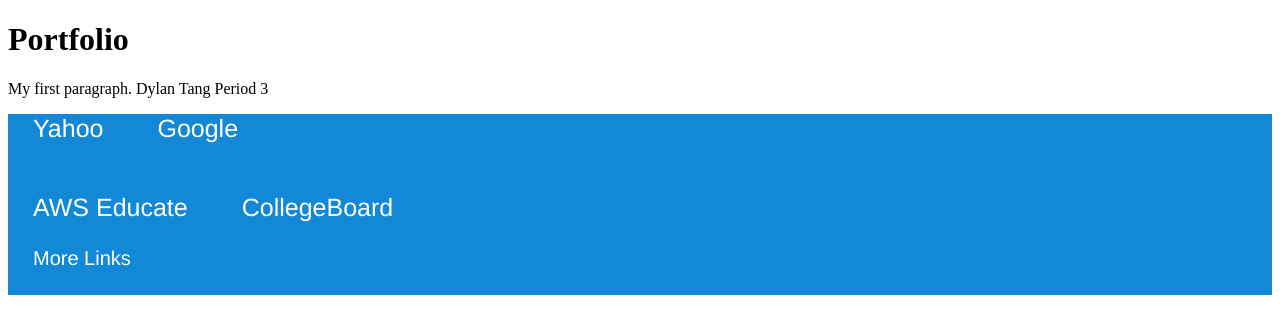
Repository: TangDylan/TangDylan.github.io
Page: index.html
The author's editor kept a record of every edit. The page is drawn from the files as they stood at one moment, then again after the next edit.
The browser window is 1280 px wide. The pictures show the whole page.

Above is the page before.

After the next edit:
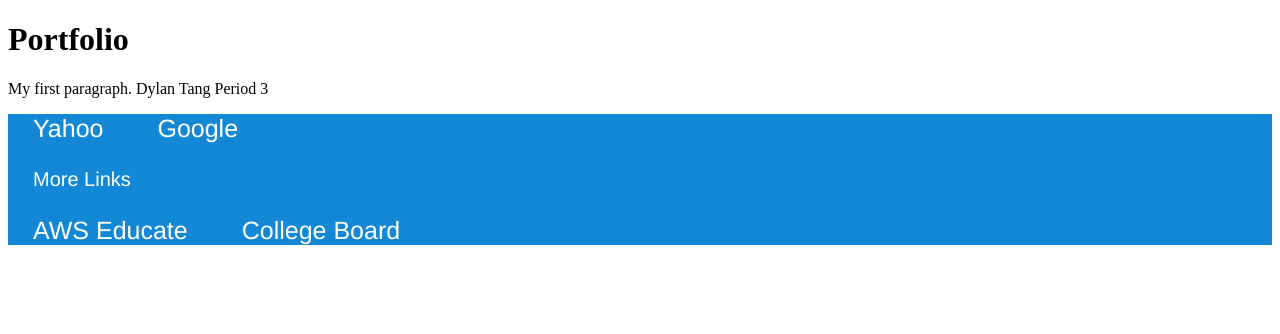
The edit:
--- a/index.html
+++ b/index.html
@@ -44,14 +44,12 @@
             <a href="https://www.yahoo.com">Yahoo</a>
             <a href="https://www.google.com">Google</a>
         <div class="dropdown">
-            <div class="morelinks"More Links></div>
-              <a href="https://www.awseducate.com">AWS Educate</a>
-            <a href="https://<www.collegeboard.org">CollegeBoard</a>
-
+            <div class="morelinks">More Links</div>
+        <div class="dropdown-content">
+          <a href="https://www.awseducate.com">AWS Educate</a>
+          <a href="https://www.collegeboard.org">College Board</a>
         </div>
-        <div class=morelinks>
-            More Links
-
+      </div>
 
         </div>
     </body>
